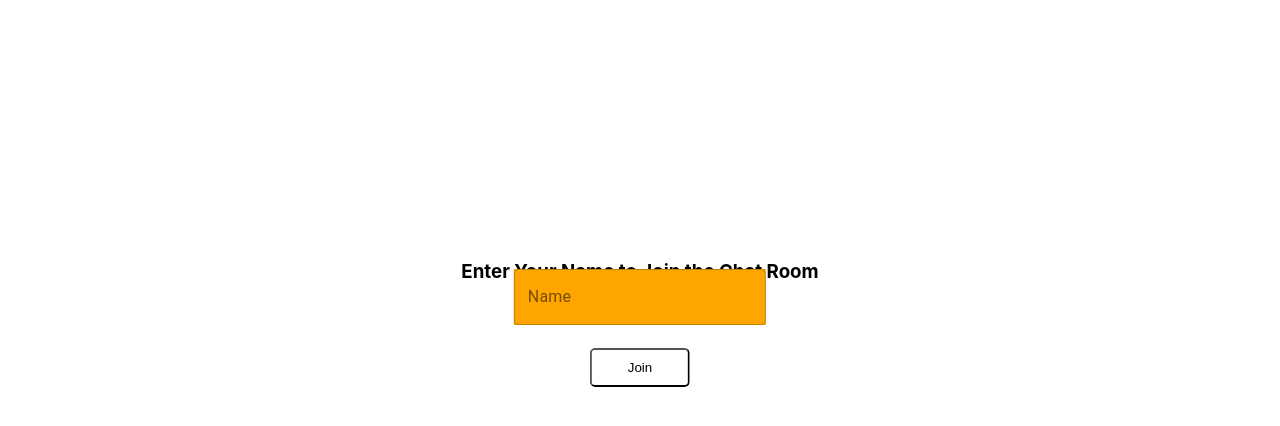
Repository: BarclayRkts/ChatApp
Page: / (app in client/)
An editor plug-in stored every save of this project. The page is shown before and after a run of saves, followed by the edit.
The browser window is 1280 px wide. The pictures show the whole page.
The project was rebuilt for these pictures with package versions that can differ from the ones it lists, and the page was loaded fresh each time. Also part of the build but not shown: client/src/App.css.

Above is the page before, as saved 2021-05-02 15:05:01.

### client/src/App.js
import React from 'react';
import './App.css';
import LandingPage from './components/LandingPage';

function App() {
  return (
    <div className='container'>
      <LandingPage/>
    </div>

  );
}

export default App;

### client/src/components/LandingPage.js
import React, { useState } from 'react';
import { makeStyles } from '@material-ui/core/styles';
import { TextField } from '@material-ui/core';
import "./LandingPage.css";

const useStyles = makeStyles((theme) => ({
    textField: {
        margin: theme.spacing(1),
        width: '25ch',
        color: 'white',
        backgroundColor: 'orange'
    },

}));

export default function LandingPage() {

    const [ name, setName ] = useState("");
    const classes = useStyles();

    return (
        <>
        <h3>Enter Your Name to Join the Chat Room</h3>
        <form className="textFieldBox">
            <TextField
                className={classes.textField}
                name="name"
                value={name}
                label="Name"
                variant="outlined"

            />
            <button className="btn">Join</button>
        </form>
        </>
    )
}

### client/src/components/LandingPage.css
/* *{
    background-color: rgb(105, 56, 161);
    color: rgb(255, 255, 255);
} */

.textFieldBox{
    position: fixed;
    left: 50%;
    top: 45%;
    transform: translate(-50%, -50%);

}

h3{
    position: fixed;
    left: 50%;
    top: 35%;
    transform: translate(-50%, -50%);
}

.btn{
    padding: 10px;
    margin: 0 auto;
    margin-top: 15px;
    background: transparent;
    border-radius: 5px;
    width: 100px;
    display: block;
    outline: 2px solid white;
}

Loaded but not shown: client/public/index.html (common file); client/src/index.js (common file); client/src/index.css (common file); client/src/reportWebVitals.js (common file)

After the next 2 saves:
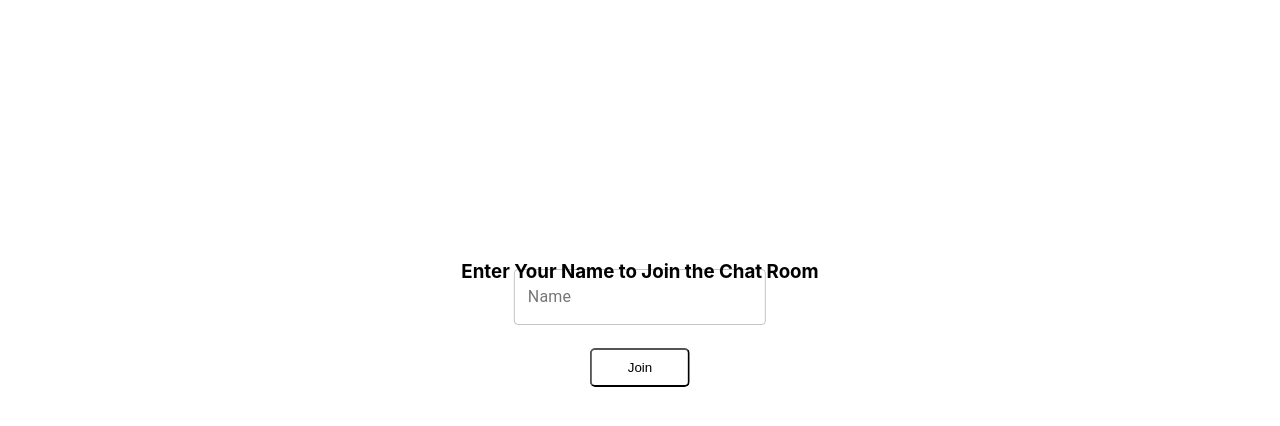
The 2 saves are shown as one change because they came seconds apart.
The last was saved 31 s later.
--- a/client/src/components/LandingPage.js
+++ b/client/src/components/LandingPage.js
@@ -8,7 +8,7 @@ const useStyles = makeStyles((theme) => ({
         margin: theme.spacing(1),
         width: '25ch',
         color: 'white',
-        backgroundColor: 'orange'
+        backgroundColor: 'blea'
     },
 
 }));
